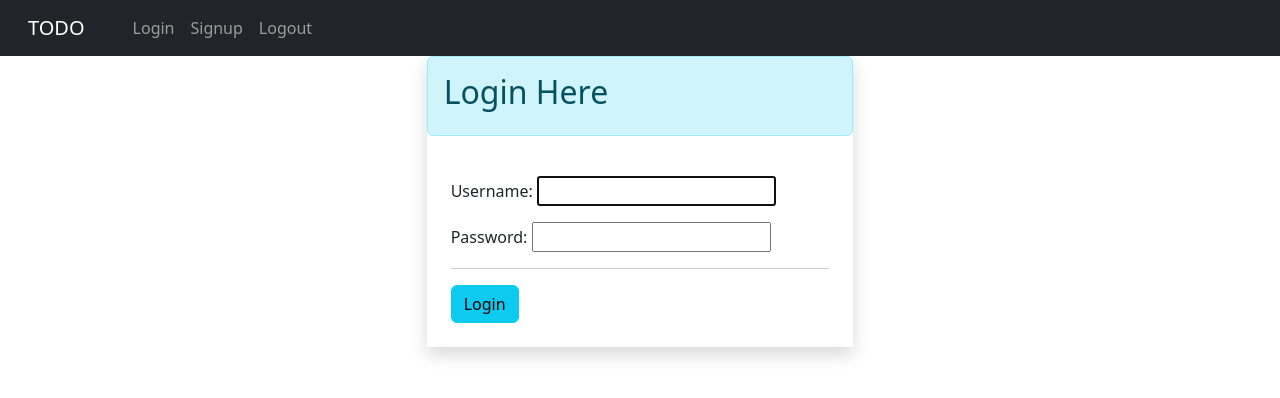
Repository: Anamikatiwari/Todo
Page: http://localhost/login/
These files come from the project's save history. The page is drawn as it stood at one moment and after a run of saves; the edit follows.
The browser window is 1280 px wide. The pictures show the whole page.
The page is served by the project's application, run on Django 5.2 (manage.py). Other server files are loaded and not shown.

Above is the page before, as saved 2024-08-25 18:27:12.

### app/templates/login.html


{% extends "base.html" %}

{% block content %}
<div class="col-lg-4 mx-auto shadow p-0">
  <div class="alert alert-info">
  <h2>Login Here</h2>
  </div>
  <div class="p-4">
    <form action= '/login/' method='POST'>
      {% csrf_token %}
      {{form.as_p}}
      <hr>
      <input type="submit" value="Login" class="btn btn-info">
    </form>
  </div>
</div>
{% endblock content %}

### app/templates/base.html
<!DOCTYPE html>
<!--<html lang="ar" dir="rtl">-->
<html lang="en">
  <head>

    <meta charset="utf-8">
    <meta name="viewport" content="width=device-width, initial-scale=1">

    <!-- Bootstrap CSS -->
    <link rel="stylesheet" href="https://cdn.jsdelivr.net/npm/bootstrap@5.3.3/dist/css/bootstrap.rtl.min.css" integrity="sha384-dpuaG1suU0eT09tx5plTaGMLBsfDLzUCCUXOY2j/LSvXYuG6Bqs43ALlhIqAJVRb" crossorigin="anonymous">

    <title>Hello World</title>
  </head>
  <body>

<!--navbar start-->
<nav class="navbar navbar-expand-lg  navbar-dark bg-dark">
    <div class="container-fluid">
      <a class="navbar-brand" href="/">TODO</a>
      <button class="navbar-toggler" type="button" data-bs-toggle="collapse" data-bs-target="#navbarNav" aria-controls="navbarNav" aria-expanded="false" aria-label="Toggle navigation">
        <span class="navbar-toggler-icon"></span>
      </button>
      <div class="collapse navbar-collapse" id="navbarNav">
        <ul class="navbar-nav ml-auto">

          <li class="nav-item">
            <a class="nav-link" href="/login">Login</a>
          </li>

          <li class="nav-item">
            <a class="nav-link" href="/signup">Signup</a>
          </li>

          <li class="nav-item">
            <a class="nav-link" href="/logout">Logout</a>
          </li>

        </ul>
      </div>
    </div>
  </nav>
  <!--Changing Content-->
  <div>
    {% block content %}

    {% endblock content %}
  </div>

  <!--end-->

  <script src="https://cdn.jsdelivr.net/npm/bootstrap@5.3.3/dist/js/bootstrap.bundle.min.js" integrity="sha384-YvpcrYf0tY3lHB60NNkmXc5s9fDVZLESaAA55NDzOxhy9GkcIdslK1eN7N6jIeHz" crossorigin="anonymous"></script>

</body>
</html>

### app/views.py
from django.shortcuts import render, redirect
from django.http import HttpResponse
from django.contrib.auth import authenticate, login as loginUser
from django.contrib.auth.forms import UserCreationForm, AuthenticationForm


# Create your views here.

def home(request):
    return render(request, 'index.html')

def login(request):
    if request.method == 'GET':
        form = AuthenticationForm()
        context = {
            'form': form
        }
        return render(request, 'login.html', context=context)
    else:
        form = AuthenticationForm(data=request.POST)
        if form.is_valid():
            username = form.cleaned_data.get('username')
            password = form.cleaned_data.get('password')
            user = authenticate(username=username, password=password)
            if user is not None:
                loginUser(request, user)
                return redirect('home')
        else:
            context = {
            'form': form
            }
            return render(request, 'login.html', context=context)




def signup(request):

    if request.method == 'GET':
        form = UserCreationForm()
        context = {
            'form': form
        }
        return render(request, 'signup.html', context=context)
    else:
        print(request.POST)
        form = UserCreationForm(request.POST)
        context = {
            'form': form
        }
        if form.is_valid():
            user = form.save()
            print('User created:', user)
            if user is not None:
                return redirect('login')
        else:
            print('Form is not valid')
            return render(request, 'signup.html', context=context)

### todo/urls.py
"""
URL configuration for todo project.

The `urlpatterns` list routes URLs to views. For more information please see:
    https://docs.djangoproject.com/en/5.1/topics/http/urls/
Examples:
Function views
    1. Add an import:  from my_app import views
    2. Add a URL to urlpatterns:  path('', views.home, name='home')
Class-based views
    1. Add an import:  from other_app.views import Home
    2. Add a URL to urlpatterns:  path('', Home.as_view(), name='home')
Including another URLconf
    1. Import the include() function: from django.urls import include, path
    2. Add a URL to urlpatterns:  path('blog/', include('blog.urls'))
"""
from django.contrib import admin
from django.urls import path, include

urlpatterns = [
    path('admin/', admin.site.urls),
    path('', include('app.urls'))
]

### app/urls.py
from django.contrib import admin
from django.urls import path, include
from app.views import home, login, signup


urlpatterns = [
    path('', home, name='home'),
    path('login/', login, name='login'),
    path('signup/', signup, name='signup')
]

After the next 2 saves:
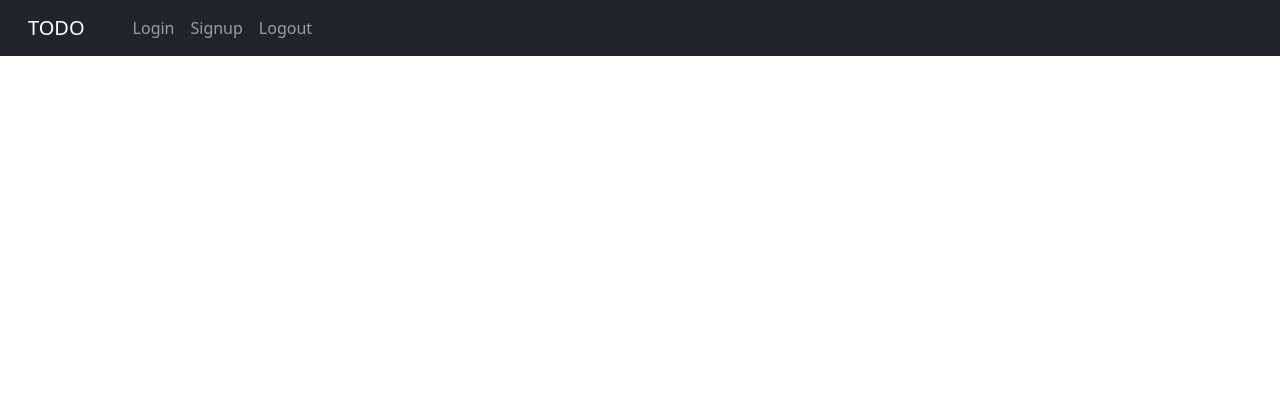
The 2 saves are shown as one change because they came seconds apart.
The last was saved 23 s later.
--- a/app/templates/login.html
+++ b/app/templates/login.html
@@ -3,17 +3,5 @@
 {% extends "base.html" %}
 
 {% block content %}
-<div class="col-lg-4 mx-auto shadow p-0">
-  <div class="alert alert-info">
-  <h2>Login Here</h2>
-  </div>
-  <div class="p-4">
-    <form action= '/login/' method='POST'>
-      {% csrf_token %}
-      {{form.as_p}}
-      <hr>
-      <input type="submit" value="Login" class="btn btn-info">
-    </form>
-  </div>
-</div>
+
 {% endblock content %}
